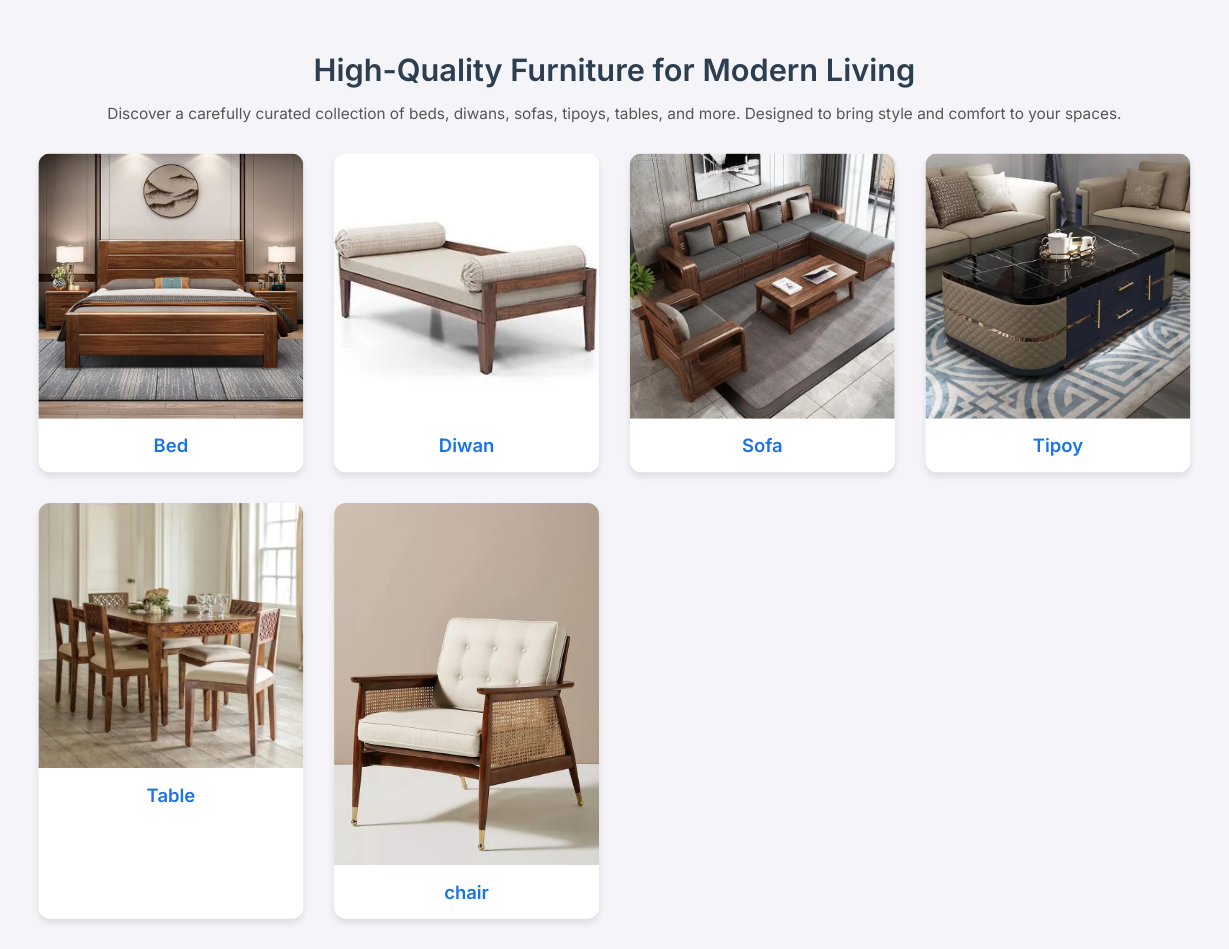
Repository: nadafgroup/rashidgadiUI
Page: src/furniture.html
The author's editor kept a copy of each file at every save. The page is drawn from the files as they stood at one save, then again after the next save.
The browser window is 1280 px wide. The pictures show the whole page, at 96% of full size.

Above is the page before, as saved 2025-01-25 12:39:16.

### src/furniture.html
<!DOCTYPE html>
<html lang="en">
<head>
    <meta charset="UTF-8">
    <meta name="viewport" content="width=device-width, initial-scale=1.0">
    <title>Furniture - Rashid Gadi Makers</title>
    <link href="https://fonts.googleapis.com/css2?family=Inter:wght@400;600&display=swap" rel="stylesheet">
    <style>
        body {
            font-family: 'Inter', sans-serif;
            margin: 0;
            padding: 0;
            background-color: #f4f4f9;
            color: #2c3e50;
        }
        .container {
            padding: 2rem 1rem;
            max-width: 1200px;
            margin: 0 auto;
        }
        h1 {
            text-align: center;
            font-size: 2rem;
            font-weight: 600;
            margin-bottom: 1rem;
        }
        p {
            text-align: center;
            font-size: 1rem;
            color: #555;
            margin-bottom: 2rem;
        }
        .product-grid {
            display: grid;
            grid-template-columns: repeat(auto-fit, minmax(250px, 1fr));
            gap: 2rem;
        }
        .product {
            background-color: white;
            border-radius: 12px;
            box-shadow: 0 4px 8px rgba(0, 0, 0, 0.1);
            overflow: hidden;
            text-align: center;
            transition: transform 0.3s, box-shadow 0.3s;
        }
        .product:hover {
            transform: translateY(-5px);
            box-shadow: 0 6px 12px rgba(0, 0, 0, 0.2);
        }
        .product img {
            width: 100%;
            height: auto;
            display: block;
        }
        .product h2 {
            font-size: 1.2rem;
            margin: 1rem 0;
            color: #1a73e8;
        }
    </style>
</head>
<body>
    <div class="container">
        <h1>High-Quality Furniture for Modern Living</h1>
        <p>Discover a carefully curated collection of beds, diwans, sofas, tipoys, tables, and more. Designed to bring style and comfort to your spaces.</p>

        <div class="product-grid">
            <div class="product">
                <img src="../assets/img/bed.webp" alt="Bed">
                <h2>Bed</h2>
            </div>
            <div class="product">
                <img src="../assets/img/diwan.webp" alt="Diwan">
                <h2>Diwan</h2>
            </div>
            <div class="product">
                <img src="../assets/img/sofa1.webp" alt="Sofa">
                <h2>Sofa</h2>
            </div>
            <div class="product">
                <img src="../assets/img/tipoy.webp" alt="Tipoy">
                <h2>Tipoy</h2>
            </div>
            <div class="product">
                <img src="../assets/img/table.webp" alt="Table">
                <h2>Table</h2>
            </div>

            <div class="product">
                <img src="../assets/img/chair.webp" alt="Table">
                <h2>chair</h2>
            </div>
        </div>
    </div>
</body>
</html>

After the next save:
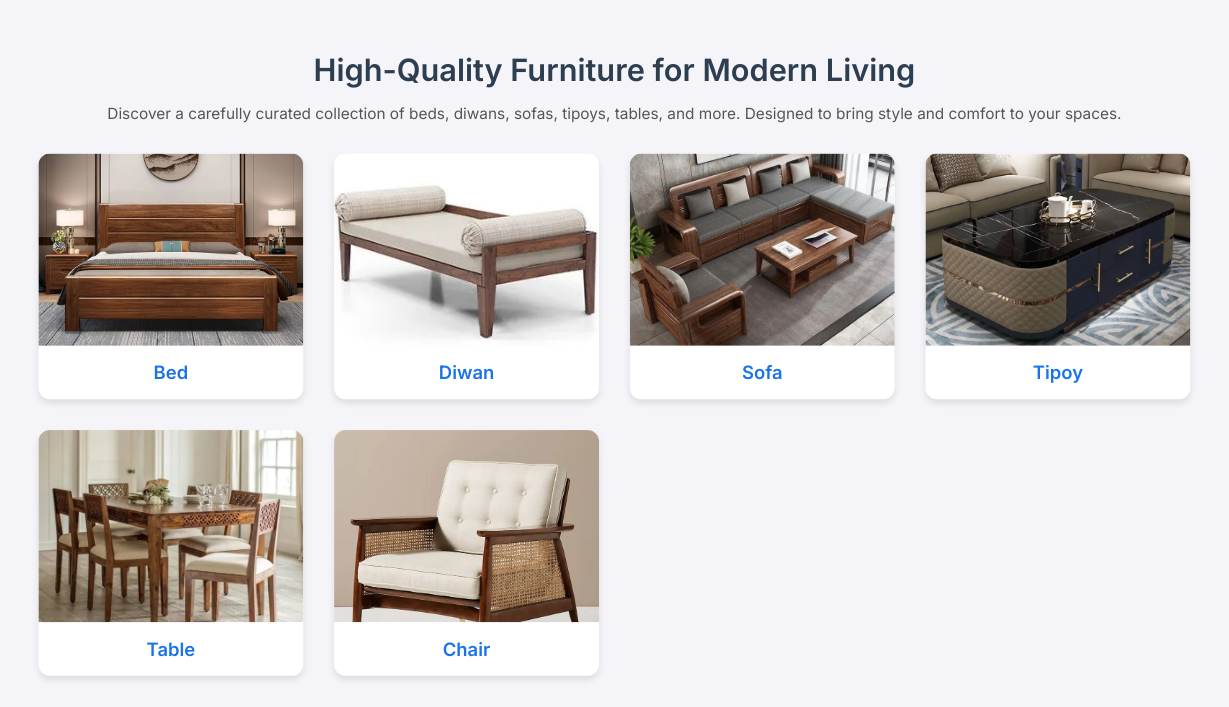
Saved 4 min 6 s later.
--- a/src/furniture.html
+++ b/src/furniture.html
@@ -48,8 +48,9 @@
             box-shadow: 0 6px 12px rgba(0, 0, 0, 0.2);
         }
         .product img {
-            width: 100%;
-            height: auto;
+            width: 100%; /* Ensures images fill the container width */
+            height: 200px; /* Fixed height for all images */
+            object-fit: cover; /* Ensures the images maintain aspect ratio and fill the defined area */
             display: block;
         }
         .product h2 {
@@ -85,10 +86,9 @@
                 <img src="../assets/img/table.webp" alt="Table">
                 <h2>Table</h2>
             </div>
-
             <div class="product">
-                <img src="../assets/img/chair.webp" alt="Table">
-                <h2>chair</h2>
+                <img src="../assets/img/chair.webp" alt="Chair">
+                <h2>Chair</h2>
             </div>
         </div>
     </div>
